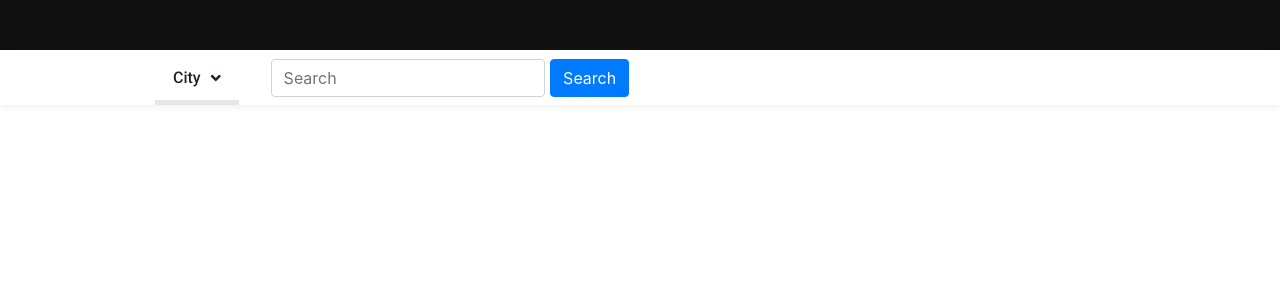
Repository: pawineeNiy/Rest_Food
Page: /
The author's editor kept a copy of each file at every save. The page is drawn from the files as they stood at one save, then again after the next save.
The browser window is 1280 px wide. The pictures show the whole page.
The page's requests for data from a server got no answer. Some web libraries are served in a nearby version. The project was rebuilt for these pictures with package versions that can differ from the ones it lists, and the page was loaded fresh each time. No one was signed in, and anything a server would have sent is missing. Also part of the build but not shown: src/components/restaurants/detail.css, src/components/restaurants/cardDetail.js, src/components/search/fave.js, src/components/search/searchCountries.js, src/components/restaurants/restaurantsDetail.js.

Above is the page before, as saved 2019-11-14 12:03:47.

### public/index.html
<!DOCTYPE html>
<html lang="en">
  <head>
    <meta charset="utf-8" />
    <link rel="icon" href="%PUBLIC_URL%/favicon.ico" />
    <meta name="viewport" content="width=device-width, initial-scale=1" />
    <meta name="theme-color" content="#000000" />
    <meta
      name="description"
      content="Web site created using create-react-app"
    />
    <link rel="apple-touch-icon" href="logo192.png" />
    <!--
      manifest.json provides metadata used when your web app is installed on a
      user's mobile device or desktop. See https://developers.google.com/web/fundamentals/web-app-manifest/
    -->
    <link rel="manifest" href="%PUBLIC_URL%/manifest.json" />
    <link
            rel="stylesheet"
            href="https://use.fontawesome.com/releases/v5.2.0/css/all.css"
            integrity="sha384-hWVjflwFxL6sNzntih27bfxkr27PmbbK/iSvJ+a4+0owXq79v+lsFkW54bOGbiDQ"
            crossOrigin="anonymous"
          />
    <!--
      Notice the use of %PUBLIC_URL% in the tags above.
      It will be replaced with the URL of the `public` folder during the build.
      Only files inside the `public` folder can be referenced from the HTML.

      Unlike "/favicon.ico" or "favicon.ico", "%PUBLIC_URL%/favicon.ico" will
      work correctly both with client-side routing and a non-root public URL.
      Learn how to configure a non-root public URL by running `npm run build`.
    -->
    <title>Restaurants</title>
  </head>
  <body>
    <noscript>You need to enable JavaScript to run this app.</noscript>
    <div id="root"></div>
    <!--
      This HTML file is a template.
      If you open it directly in the browser, you will see an empty page.

      You can add webfonts, meta tags, or analytics to this file.
      The build step will place the bundled scripts into the <body> tag.

      To begin the development, run `npm start` or `yarn start`.
      To create a production bundle, use `npm run build` or `yarn build`.
    -->
  </body>
</html>

### src/pages/containerMenu.js
import React, { Component, Fragment } from 'react'
import './index.css';
import config from '../config'
// import Countries from '../components/search/searchCountries'
const axios = require('axios');

export default class Menu extends Component {
    state = {
        categories: [],
        location: "",
        searchText: ''
    }

    handleSearchCountries = (e, countries) => {
        e.preventDefault();
        // console.log("this.props.history ", this.props.history)
        this.props.history.push(`/countries/${countries}`);

    }

    getAddressData = () => {
        axios.get("http://ip-api.com/json")
            .then((response) => {
                // console.log("response.data ", response.data)
                this.setState({ location: response.data })
            })
            .catch((error) => {
                console.log("getMenu Err", error);
            })
    }

    // getCategories = () => {
    //     let { somato_api } = config
    //     const headers = {
    //         'Content-Type': 'application/json',
    //         'user-key': somato_api.api_key
    //     }
    //     axios.get(somato_api.database + '/categories', {
    //         headers: headers
    //     })
    //         .then((response) => {
    //             console.log("response.data ", response.data)
    //             this.setState({ categories: response.data })
    //         })
    //         .catch((error) => {
    //             console.log("getMenu Err", error);
    //         })
    // }

    OnClickSearch = (e) => {
        e.preventDefault();
        // console.log("this.props.history ", this.props.history)
        if (this.state.searchText && this.state.searchText.length > 0) {
            this.props.history.push(`/search/${this.state.searchText}`);
        }

    }

    // OnClickHome = (e) => {
    //     e.preventDefault();
    //     console.log("this.props.history ", this.props.history)
    //     if (this.state.searchText && this.state.searchText.length > 0) {
    //         this.props.history.push(`/search/${this.state.searchText}`);
    //     }

    // }

    handleChange = (event) => {
        this.setState({ searchText: event.target.value });
        // console.log("searchText ", this.state.searchText)
    }

    componentDidMount = () => {
        this.getAddressData()
    }

    render() {
        let { categories, location } = this.state
        let { menuCategories, countries } = config
        let personLocation = location ?
            <div className="div-location">
                <i className="fas fa-map-marker-alt fa-location" />&nbsp;
                <span>  {location.city}, {location.country} </span>
            </div>
            : ""


        return (
            <Fragment>
                <div className="container-menu-desktop">
                    <div className="topbar">
                        <div className="content-topbar container h-100">
                            <div className="left-topbar">
                                <span className="left-topbar-item flex-wr-s-c">
                                    {personLocation}
                                </span>
                            </div>
                        </div>
                    </div>
                    <div className="wrap-main-nav">
                        <div className="main-nav">
                            <nav className="menu-desktop">

                                <ul className="main-menu">
                                    {/* {menuCategories ? menuCategories.map((item, i) =>
                                        <li className="mega-menu-item" key={i}>
                                            <a>{item}</a>
                                        </li>)
                                        :
                                        <li className="mega-menu-item"></li>
                                    } */}
                                    <li className="main-menu-active">
                                        <a>City
                                        <i className="fas fa-angle-down"></i>
                                        </a>
                                        <ul className="sub-menu">
                                            {countries ? countries.map((item, i) =>
                                                <li key={i}><a onClick={(e) => this.handleSearchCountries(e, item)}>{item}</a></li>)
                                                :
                                                <li></li>
                                            }
                                        </ul>
                                    </li>
                                    <i className="navbar-right b-m1">
                                        {/* <input type="text" value={this.state.value} onChange={this.handleChange} /> */}
                                        <input value={this.state.value} onChange={this.handleChange} className="form-control" type="text" placeholder="Search" aria-label="Search" />
                                    </i>
                                    &nbsp;
                                    <i>
                                        <button className="btn btn-primary b-m2" onClick={(e) => this.OnClickSearch(e)} type="submit">Search</button>
                                    </i>
                                </ul>

                            </nav>
                        </div>
                    </div>
                </div>
            </Fragment >
        )
    }
}

### src/components/restaurants/card.css
@import url("https://fonts.googleapis.com/css?family=Roboto+Slab:100,300,400,700");
@import url("https://fonts.googleapis.com/css?family=Raleway:300,300i,400,400i,500,500i,600,600i,700,700i,800,800i,900,900i");

* {
  box-sizing: border-box;
}
.left-layout {
  margin-left: 3rem;
}

.icon-laugh {
  margin-top: 0.5rem;
  color: #e23359;
}
.icon-star {
  margin-top: 0.5rem;
  color: #e7cc35;
}

.card-detail {
  cursor: pointer;
}

.cards {
  margin-top: 3rem;
  /* width: 80%; */
  justify-content: center;
  -webkit-justify-content: center;
  width: 360px;
  padding: 0.5rem;
}

/* .card--1 .card__img,
.card--1 .card__img--hover {
  background-image: url("https://images.pexels.com/photos/45202/brownie-dessert-cake-sweet-45202.jpeg?auto=compress&cs=tinysrgb&h=750&w=1260");
}

.card--2 .card__img,
.card--2 .card__img--hover {
  background-image: url("https://images.pexels.com/photos/307008/pexels-photo-307008.jpeg?auto=compress&cs=tinysrgb&h=750&w=1260");
} */

.card__like {
  width: 18px;
}

.card__clock {
  width: 15px;
  vertical-align: middle;
  fill: #ad7d52;
}
.card__time {
  font-size: 12px;
  color: #ad7d52;
  vertical-align: middle;
  margin-left: 5px;
}

.card__clock-info {
  float: right;
}

.card__img {
  visibility: hidden;
  background-size: cover;
  background-position: center;
  background-repeat: no-repeat;
  width: 100%;
  height: 235px;
  border-top-left-radius: 12px;
  border-top-right-radius: 12px;
}

.card__info-hover {
  position: absolute;
  padding: 16px;
  width: 100%;
  opacity: 0;
  top: 0;
}

.card__img--hover {
  transition: 0.2s all ease-out;
  background-size: cover;
  background-position: center;
  background-repeat: no-repeat;
  width: 100%;
  position: absolute;
  height: 235px;
  border-top-left-radius: 12px;
  border-top-right-radius: 12px;
  top: 0;
}
.card {
  margin-right: 25px;
  transition: all 0.4s cubic-bezier(0.175, 0.885, 0, 1);
  background-color: #fff;
  /* width: 33.3%; */
  position: relative;
  border-radius: 12px;
  overflow: hidden;
  box-shadow: 0px 13px 10px -7px rgba(0, 0, 0, 0.1);
}
.card:hover {
  box-shadow: 0px 30px 18px -8px rgba(0, 0, 0, 0.1);
  transform: scale(1.1, 1.1);
}

.card__info {
  z-index: 2;
  background-color: #fff;
  border-bottom-left-radius: 12px;
  border-bottom-right-radius: 12px;
  padding: 0px 24px 24px 24px;
  height: 160px;
}

.card__category {
  font-family: "Raleway", sans-serif;
  text-transform: uppercase;
  font-size: 13px;
  letter-spacing: 2px;
  font-weight: 500;
  color: #868686;
}

.card__title {
  margin-top: 5px;
  margin-bottom: 10px;
  font-family: "Roboto Slab", serif;
  font-size: 1.1rem;
}

.card__by {
  font-size: 12px;
  font-family: "Raleway", sans-serif;
  font-weight: 500;
}

.card__author {
  font-weight: 600;
  text-decoration: none;
  color: #ad7d52;
}

/* .card:hover .card__img--hover {
  height: 100%;
  opacity: 0.3;
} */

.card:hover .card__info {
  background-color: transparent;
  position: relative;
}

.card:hover .card__info-hover {
  opacity: 1;
}

Loaded but not shown: src/index.css (common file); src/serviceWorker.js (common file); src/pages/index.js (35 lines, source omitted); src/config.js (30 lines, source omitted); src/index.js (12 lines, source omitted); src/pages/index.css (2016 lines, source omitted)

After the next save:
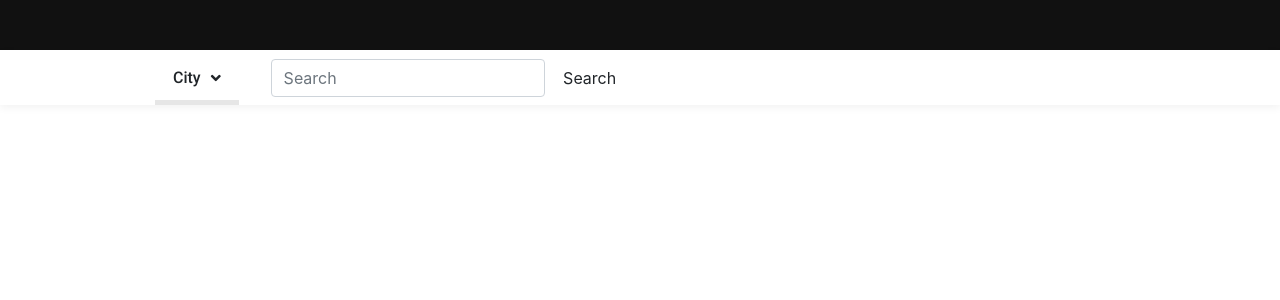
Saved 51 s later.
--- a/src/pages/containerMenu.js
+++ b/src/pages/containerMenu.js
@@ -127,7 +127,7 @@ export default class Menu extends Component {
                                     </i>
                                     &nbsp;
                                     <i>
-                                        <button className="btn btn-primary b-m2" onClick={(e) => this.OnClickSearch(e)} type="submit">Search</button>
+                                        <button className="btn bt-m1 b-m2" onClick={(e) => this.OnClickSearch(e)} type="submit">Search</button>
                                     </i>
                                 </ul>
 
